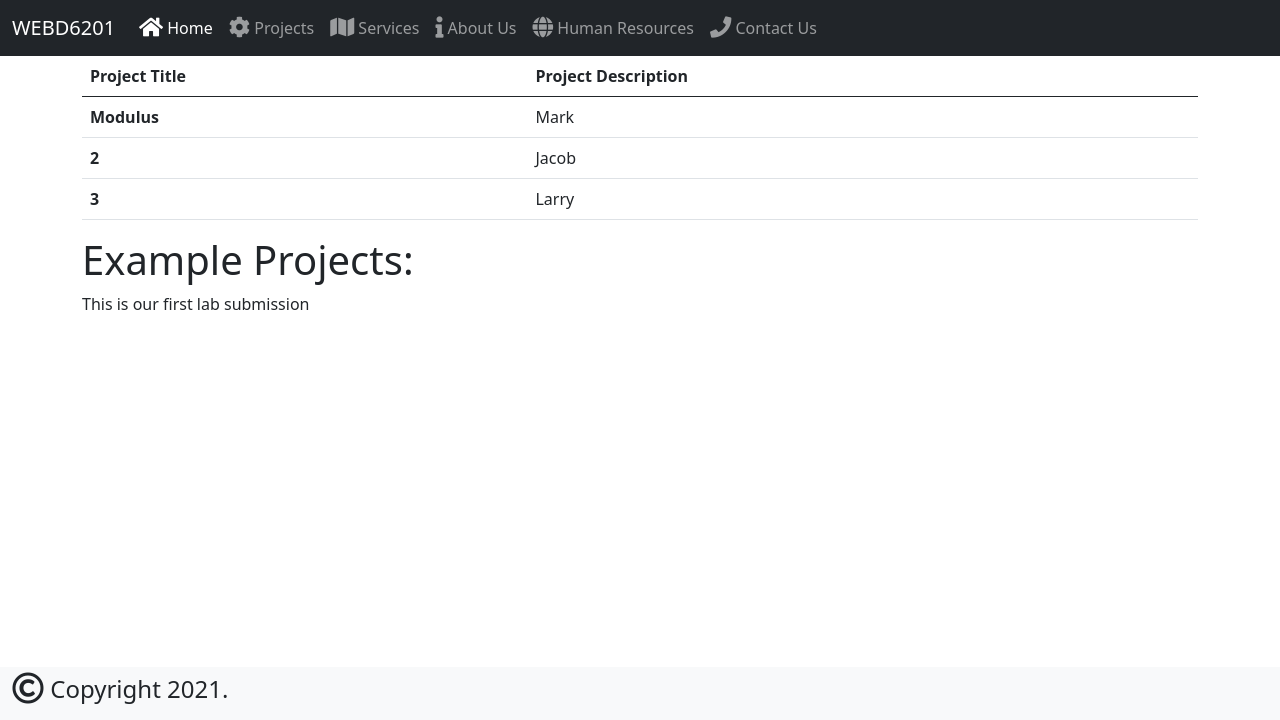
Repository: Sub4Sub/Lab_1
Page: products.html
An editor plug-in stored every save of this project. The page is shown before and after a run of saves, followed by the edit.
The browser window is 1280 px wide. The pictures show the whole page.

Above is the page before, as saved 2021-02-05 16:00:37.

After the next 2 saves:
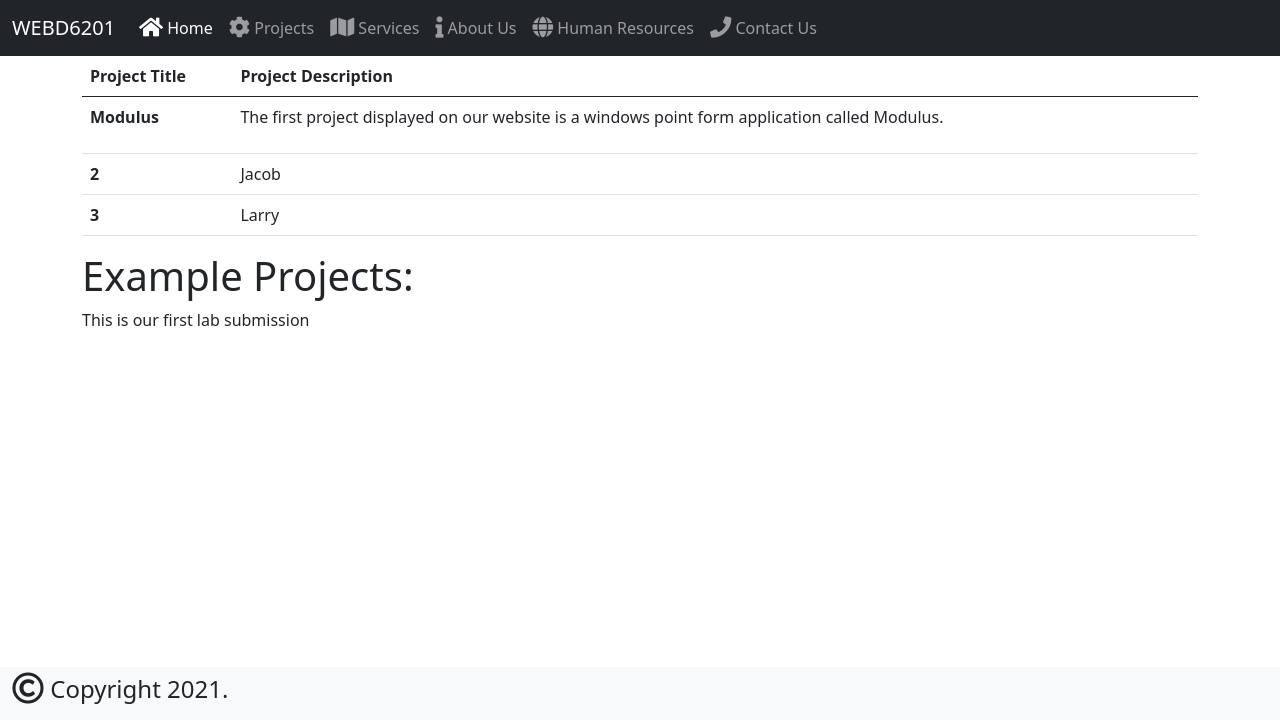
The 2 saves are shown as one change because they came seconds apart.
The last was saved 77 s later.
--- a/products.html
+++ b/products.html
@@ -24,7 +24,11 @@
         <tbody>
           <tr>
             <th scope="row">Modulus</th>
-            <td>Mark</td>
+            <td>
+              <p>
+                The first project displayed on our website is a windows point form application called Modulus.
+              </p>
+            </td>
           </tr>
           <tr>
             <th scope="row">2</th>
